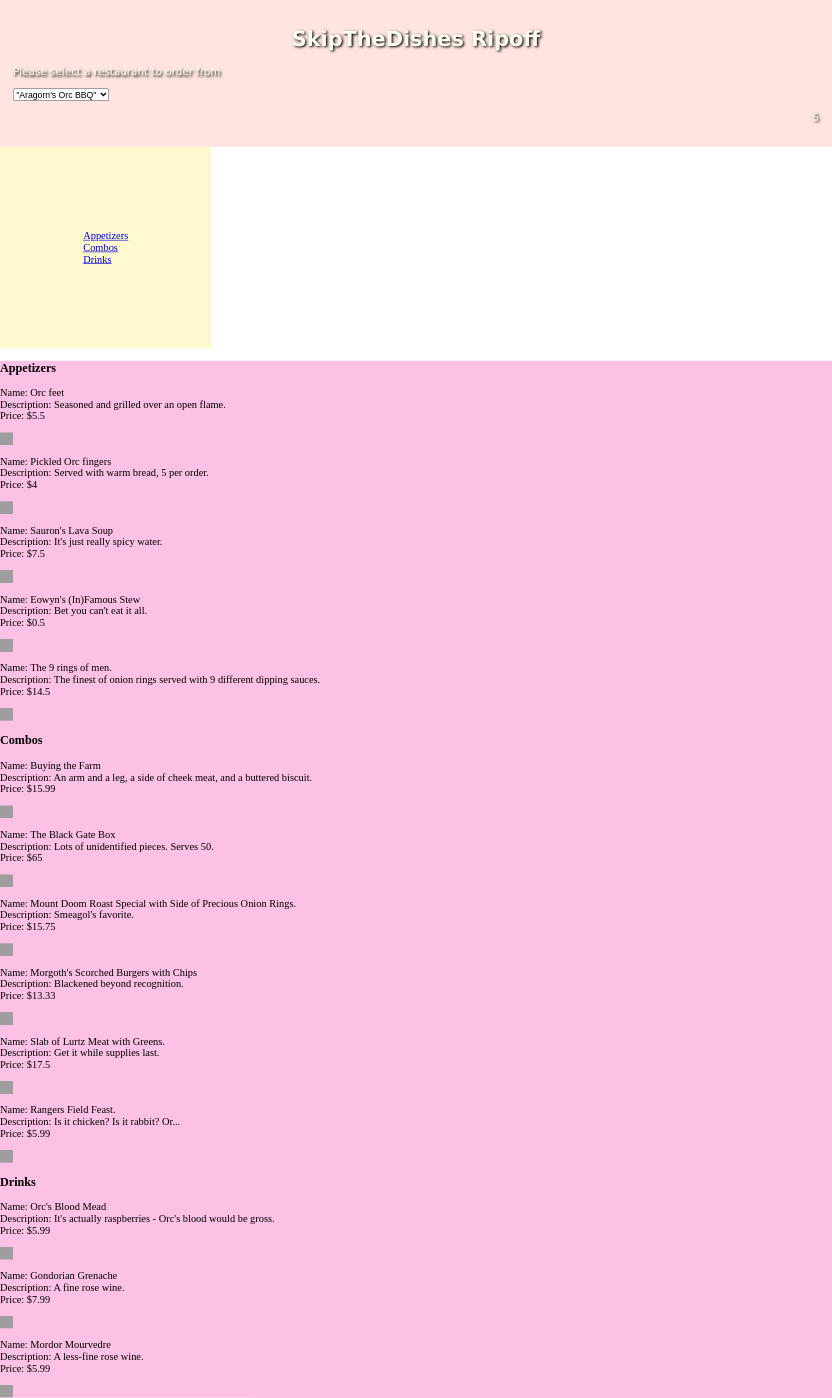
Repository: hudaali14/Carleton
Page: 2406/Assignments/Assignment1 (97)/order.html
An editor plug-in stored every save of this project. The page is shown before and after the next save, followed by the edit.
The browser window is 1280 px wide. The pictures show the whole page, at 65% of full size.
After loading, the first visible `#dropdown` was changed once.
Pictures or frames that could not be fetched are drawn as grey boxes.

Above is the page before, as saved 2020-01-26 00:33:54.

### 2406/Assignments/Assignment1 (97)/order.html
<html>
    <head>
        <title> Title </title>
        <link rel="stylesheet" href="style.css">
    </head>
    <body onload="init()">
        <div id="header">
            <h1>SkipTheDishes Ripoff</h1>
            <div id="dropdownText">
                <p>Please select a restaurant to order from</p>
                <select id="dropdown">
                    <option value="select a restaurant" selected>Select a Restaurant</option>
                </select>
            </div>
            <p id="requirements"></p>
        </div>

        <div id="categories"></div>

        <div id="items"></div>

        <script src="client.js"></script>
    </body>
</html>

### 2406/Assignments/Assignment1 (97)/style.css
#header{
    margin: 0px;
    padding: 20px;
    border: 0px;
    text-align: center;
    background-color: mistyrose;
    color: ivory;
    text-shadow: 2px 2px 4px #000000;
    font-family: 'Lucida Sans';
}

#dropdownText{
    text-align:left;
}

#requirements{
    text-align: right;
}

#categories{
    padding: 10%;
    background-color: lemonchiffon;
    color: black;
    display: inline-block;
    border: 0px;
    margin: 0px;
}

#items{
    background-color: rgb(253, 193, 230);
    border: 0px;
    margin: 0px;
    color: black;
}

#image{
    width: 20px;
    height: 20px;
}


body{
    margin : 0;
}

### 2406/Assignments/Assignment1 (97)/client.js
let aragorn = {
	name: "Aragorn's Orc BBQ", //The name of the restaurant
	min_order: 20, //The minimum order amount required to place an order
	delivery_charge: 5, //The delivery charge for this restaurant
	//The menu
	menu: {
		//First category
		"Appetizers": {
			//First item of this category
			0: {
				name: "Orc feet",
				description: "Seasoned and grilled over an open flame.", //
				price: 5.50
			},
			1: {
				name: "Pickled Orc fingers",
				description: "Served with warm bread, 5 per order.",
				price: 4.00
			},
			2: { //Thank you Kiratchii
				name: "Sauron's Lava Soup",
				description: "It's just really spicy water.",
				price: 7.50
			},
			3: {
				name: "Eowyn's (In)Famous Stew",
				description: "Bet you can't eat it all.",
				price: 0.50
			},
			4: {
				name: "The 9 rings of men.",
				description: "The finest of onion rings served with 9 different dipping sauces.",
				price: 14.50
			}
		},
		"Combos": {
			5: {
				name: "Buying the Farm",
				description: "An arm and a leg, a side of cheek meat, and a buttered biscuit.",
				price: 15.99
			},
			6: {
				name: "The Black Gate Box",
				description: "Lots of unidentified pieces. Serves 50.",
				price: 65.00
			},
			7: {//Thanks to M_Sabeyon
				name: "Mount Doom Roast Special with Side of Precious Onion Rings.",
				description: "Smeagol's favorite.",
				price: 15.75
			},
			8: { //Thanks Shar[TA]
				name: "Morgoth's Scorched Burgers with Chips",
				description: "Blackened beyond recognition.",
				price: 13.33

			},
			9: {
				name: "Slab of Lurtz Meat with Greens.",
				description: "Get it while supplies last.",
				price: 17.50
			},
			10: {
				name: "Rangers Field Feast.",
				description: "Is it chicken? Is it rabbit? Or...",
				price: 5.99
			}
		},
		"Drinks": {
			11: {
				name: "Orc's Blood Mead",
				description: "It's actually raspberries - Orc's blood would be gross.",
				price: 5.99
			},
			12: {
				name: "Gondorian Grenache",
				description: "A fine rose wine.",
				price: 7.99
			},
			13: {
				name: "Mordor Mourvedre",
				description: "A less-fine rose wine.",
				price: 5.99
			}
		}
	}
};

let legolas = {
	name: "Lembas by Legolas",
	min_order: 15,
	delivery_charge: 3.99,
	menu: {
		"Lembas": {
			0: {
				name: "Single",
				description: "One piece of lembas.",
				price: 3
			},
			1: {
				name: "Double",
				description: "Two pieces of lembas.",
				price: 5.50
			},
			2: {
				name: "Triple",
				description: "Three pieces, which should be more than enough.",
				price: 8.00
			}
		},
		"Combos": {
			3: {
				name: "Second Breakfast",
				description: "Two pieces of lembas with honey.",
				price: 7.50
			},
			4: {
				name: "There and Back Again",
				description: "All you need for a long journey - 6 pieces of lembas, salted pork, and a flagon of wine.",
				price: 25.99
			},
			5: {
				name: "Best Friends Forever",
				description: "Lembas and a heavy stout.",
				price: 6.60
			}
		}
	}
};

let frodo = {
	name: "Frodo's Flapjacks",
	min_order: 35,
	delivery_charge: 6,
	menu: {
		"Breakfast": {
			0: {
				name: "Hobbit Hash",
				description: "Five flapjacks, potatoes, leeks, garlic, cheese.",
				price: 9.00
			},
			1: {
				name: "The Full Flapjack Breakfast",
				description: "Eight flapjacks, two sausages, 3 eggs, 4 slices of bacon, beans, and a coffee.",
				price: 14.00
			},
			2: {
				name: "Southfarthing Slammer",
				description: "15 flapjacks and 2 pints of syrup.",
				price: 12.00
			}

		},
		"Second Breakfast": {
			3: {
				name: "Beorning Breakfast",
				description: "6 flapjacks smothers in honey.",
				price: 7.50
			},
			4: {
				name: "Shire Strawberry Special",
				description: "6 flapjacks and a hearty serving of strawberry jam.",
				price: 8
			},
			5: {
				name: "Buckland Blackberry Breakfast",
				description: "6 flapjacks covered in fresh blackberries. Served with a large side of sausage.",
				price: 14.99
			}
		},
		"Elevenses": {
			6: {
				name: "Lembas",
				description: "Three pieces of traditional Elvish Waybread",
				price: 7.70
			},
			7: {
				name: "Muffins of the Marish",
				description: "A variety of 8 different types of muffins, served with tea.",
				price: 9.00
			},
			8: {
				name: "Hasty Hobbit Hash",
				description: "Potatoes with onions and cheese. Served with coffee.",
				price: 5.00
			}
		},
		"Luncheon": {
			9: {
				name: "Shepherd's Pie",
				description: "A classic. Includes 3 pies.",
				price: 15.99
			},
			10: {
				name: "Roast Pork",
				description: "An entire pig slow-roasted over a fire.",
				price: 27.99
			},
			11: {
				name: "Fish and Chips",
				description: "Fish - fried. Chips - nice and crispy.",
				price: 5.99
			}
		},
		"Afternoon Tea": {
			12: {
				name: "Tea",
				description: "Served with sugar and cream.",
				price: 3
			},
			13: {
				name: "Coffee",
				description: "Served with sugar and cream.",
				price: 3.50
			},
			14: {
				name: "Cookies and Cream",
				description: "A dozen cookies served with a vat of cream.",
				price: 15.99
			},
			15: {
				name: "Mixed Berry Pie",
				description: "Fresh baked daily.",
				price: 7.00
			}
		},
		"Dinner": {
			16: {
				name: "Po-ta-to Platter",
				description: "Boiled. Mashed. Stuck in a stew.",
				price: 6
			},
			17: {
				name: "Bree and Apple",
				description: "One wheel of brie with slices of apple.",
				price: 7.99
			},
			18: {
				name: "Maggot's Mushroom Mashup",
				description: "It sounds disgusting, but its pretty good",
				price: 6.50
			},
			19: {
				name: "Fresh Baked Bread",
				description: "A whole loaf of the finest bread the Shire has to offer.",
				price: 6
			},
			20: {
				name: "Pint of Ale",
				description: "Yes, it comes in pints.",
				price: 5
			}
		},
		"Supper": {
			21: {
				name: "Sausage Sandwich",
				description: "Six whole sausages served on a loaf of bread. Covered in onions, mushrooms and gravy.",
				price: 15.99
			},
			22: {
				name: "Shire Supper",
				description: "End the day as you started it, with a dozen flapjacks, 5 eggs, 3 sausages, 7 pieces of bacon, and a pint of ale.",
				price: 37.99
			}
		}
	}
};

let restaurants = [aragorn, legolas, frodo];
let order = [];

function init(){
	let r = document.getElementById("dropdown");
	for(i = 0; i<restaurants.length; i++){
		let resoptions = document.createElement("option");
		str = JSON.stringify(restaurants[i].name);
		resoptions.value = str;
		resoptions.text = str;
		r.appendChild(resoptions);
	}
	let category = document.getElementById("categories");
	//r.addEventListener("click", checkItemsMenu);
	r.onchange= displayCategories;
}

function checkItemsMenu(){
	if(order.length > 0){
		if(confirm("There is a current order with items in it. Do you want to clear the order?")){
			items = [];
			return;
		}
	}
}

function displayRestaurant(index){
	let requirements = document.getElementById("requirements");
	requirements.innerHTML="";
	let para = document.createElement("p");
	para.innerHTML = restaurants[index].name;
	para.innerHTML = restaurants[index].min_order;
	para.innerHTML = restaurants[index].delivery_charge;
	requirements.appendChild(para);
}

function addItem(name, price){

}

function displayCategories(){
	let dropdownMenu=document.getElementById("dropdown");
	let category=document.getElementById("categories");
	category.innerHTML="";
	if(dropdownMenu.selectedIndex==1){
		displayRestaurant(dropdownMenu.selectedIndex-1);
		let aragornMenu= ["Appetizers", "Combos","Drinks"];
		aragornMenu.forEach(element => {
			let txt= "#"+element;
			let para =document.createElement("a");
			para.innerHTML=element+"<br/>";
			para.href=txt;
			category.appendChild(para);
		});
		displayItems(aragorn, aragornMenu);
	}else if(dropdownMenu.selectedIndex==2){
		displayRestaurant(dropdownMenu.selectedIndex-1);
		let legolasMenu=["Lembas", "Combos"];
		legolasMenu.forEach(element => {
			let txt= "#"+element;
			let para =document.createElement("a");
			para.innerHTML=element+"<br/>";
			para.href=txt;
			category.appendChild(para);
		});
		displayItems(legolas, legolasMenu);

	}else if(dropdownMenu.selectedIndex==3){
		displayRestaurant(dropdownMenu.selectedIndex-1);
		let frodoMenu=["Breakfast","Second Breakfast","Elevenses","Luncheon","Afternoon Tea","Dinner","Supper"];
		frodoMenu.forEach(element => {
			let txt= "#"+element;
			let para =document.createElement("a");
			para.innerHTML=element+"<br/>";
			para.href=txt;
			category.appendChild(para);
		});
		displayItems(frodo, frodoMenu);
	}else{
		let x=5;
	}
}

function displayItems(restaurant, restaurantMenu){
	let itemMenu = document.getElementById("items");
	itemMenu.innerHTML = "";
	let categoryItems = restaurant.menu;
	let counter = 0;
  	for(let i = 0; i < restaurantMenu.length; i++){
		  let category = document.createElement("h3");
		  category.innerHTML = restaurantMenu[i]+"<br/>";
		  category.id= restaurantMenu[i];
		  itemMenu.appendChild(category);
    	while(typeof restaurant.menu[restaurantMenu[i]][counter] !== "undefined"){
			let item = restaurant.menu[restaurantMenu[i]][counter];
			let para = document.createElement("p");
			let image= document.createElement("img");
			image.id="image";
			image.src="https://p7.hiclipart.com/preview/27/906/465/symbol-cross-line-font-add.jpg";
			para.innerHTML = "Name: " + item.name + "<br/>";
			para.innerHTML += "Description: " + item.description + "<br/>";
			para.innerHTML += "Price: $" + item.price + "<br/>";
			itemMenu.appendChild(para);
			itemMenu.appendChild(image);
      		counter++;
    	}
  	}
}

After the next save:
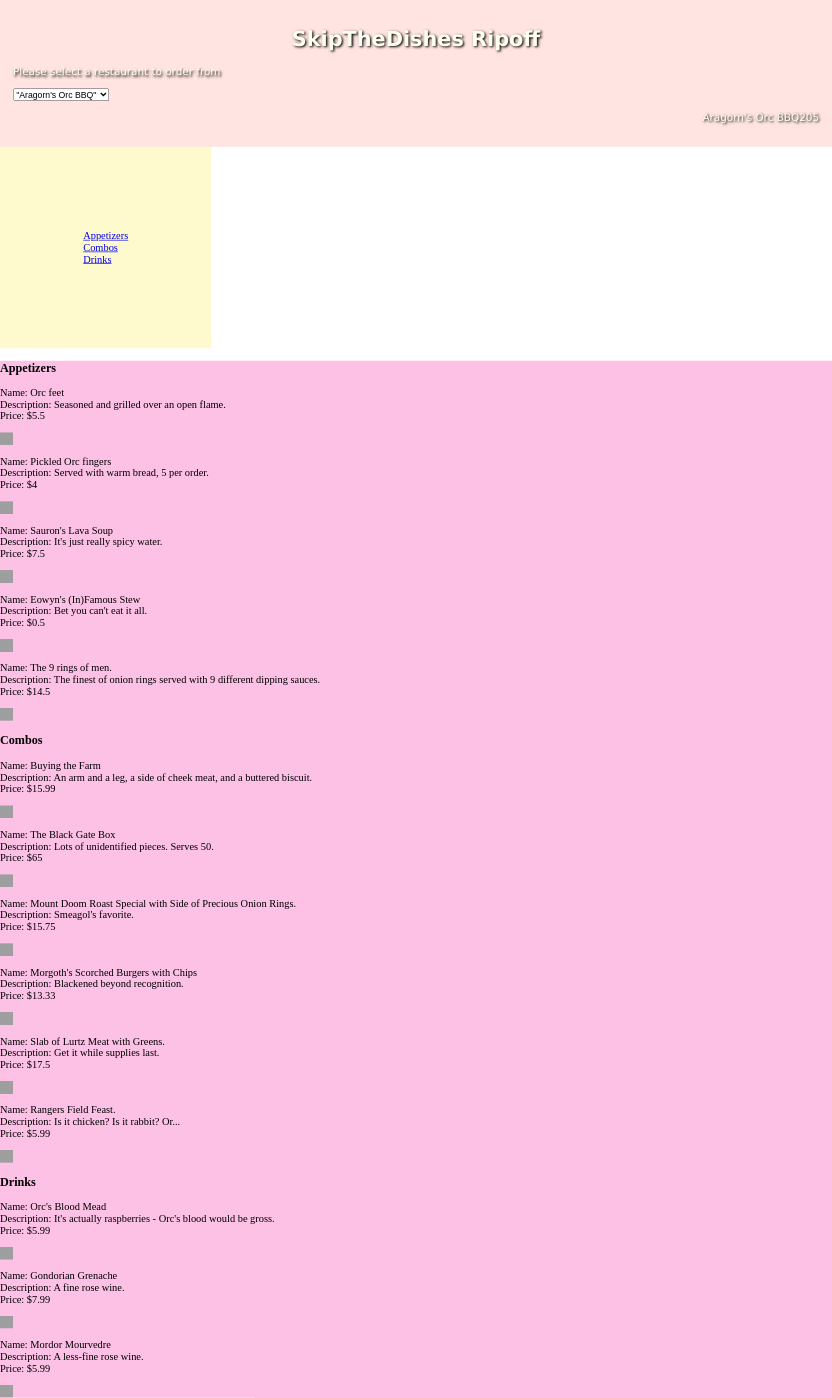
Saved 46 s later.
--- a/2406/Assignments/Assignment1 (97)/client.js
+++ b/2406/Assignments/Assignment1 (97)/client.js
@@ -296,9 +296,9 @@
 	let requirements = document.getElementById("requirements");
 	requirements.innerHTML="";
 	let para = document.createElement("p");
-	para.innerHTML = restaurants[index].name;
-	para.innerHTML = restaurants[index].min_order;
-	para.innerHTML = restaurants[index].delivery_charge;
+	para.innerHTML += restaurants[index].name;
+	para.innerHTML += restaurants[index].min_order;
+	para.innerHTML += restaurants[index].delivery_charge;
 	requirements.appendChild(para);
 }
 
